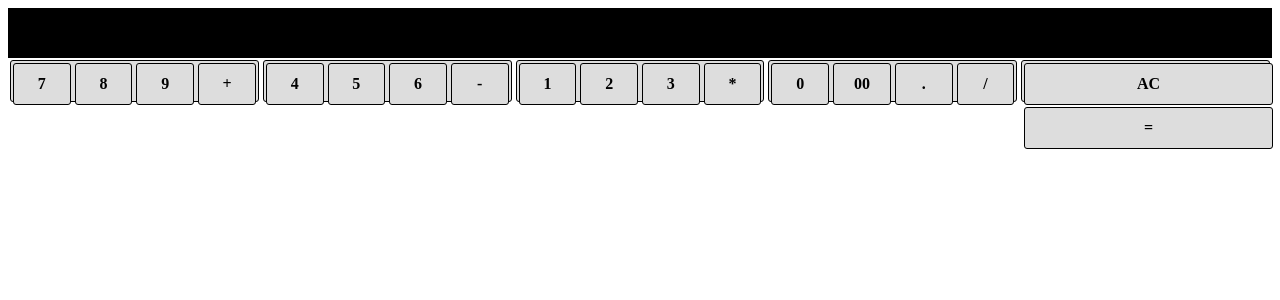
Repository: masa-rock/kadai_jquery_2
Page: index.html
The author's editor kept a record of every edit. The page is drawn from the files as they stood at one moment, then again after the next edit.
The browser window is 1280 px wide. The pictures show the whole page.
Some web libraries are served in a nearby version.

Above is the page before.

After the next edit:
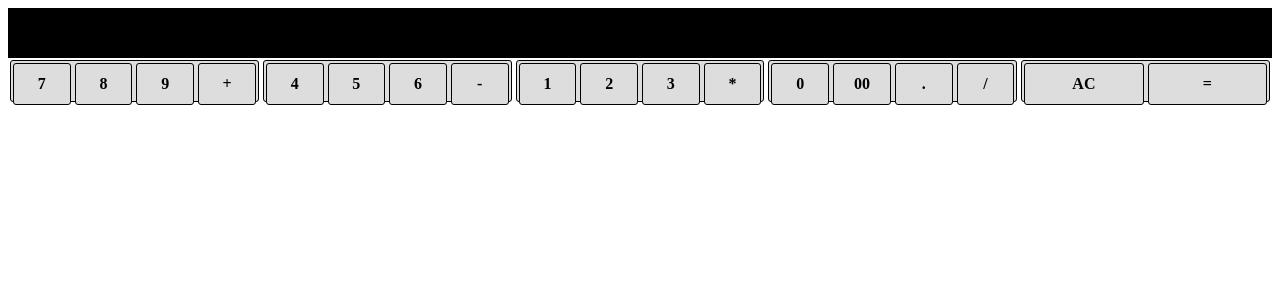
The edit:
--- a/index.html
+++ b/index.html
@@ -34,7 +34,7 @@
             <div class="com_decimal_point">.</div>
             <div class="com_division">/</div>
           </div>
-          <div class="calculator_command_4">
+          <div class="calculator_command">
             <div class="com_ac">AC</div>
             <div class="com_equal">=</div>
           </div>
